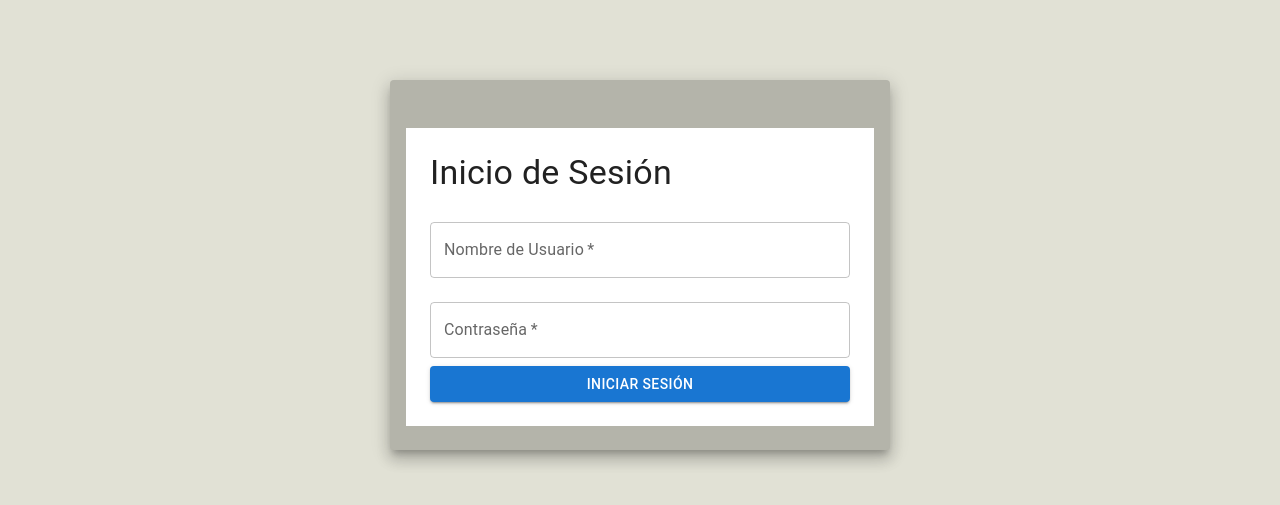
Repository: Mpablom/usuarioCaC-integrador-final-front
Page: /
These files come from the project's save history. The page is drawn as it stood at one moment and after a run of saves; the edit follows.
The browser window is 1280 px wide. The pictures show the whole page.
The project was rebuilt for these pictures with package versions that can differ from the ones it lists, and the page was loaded fresh each time. Also part of the build but not shown: vite.config.ts, src/components/UsuariosTable.tsx.

Above is the page before, as saved 2024-07-11 00:29:26.

### src/App.tsx
// App.tsx (o donde configures tus rutas)
import React from 'react';
import {
  BrowserRouter as Router,
  Route,
  Routes,
  Navigate,
} from 'react-router-dom';
import Login from './components/Login'; // Componente de inicio de sesión
import UsuariosTable from './components/UsuariosTable'; // Componente de la tabla de usuarios

const App: React.FC = () => {
  return (
    <Router>
      <Routes>
        <Route path="/login" element={<Login />} />
        <Route path="/usuarios" element={<UsuariosTable />} />
        <Route path="/" element={<Navigate to="/login" />} />
      </Routes>
    </Router>
  );
};

export default App;

### src/index.css
 :root {
  font-family: system-ui, -apple-system, BlinkMacSystemFont, 'Segoe UI', Roboto;
  line-height: 1.5;
  /* font-weight: 400; */

  color-scheme: light dark;
  color: rgba(255, 255, 255, 0.87);
  background-color: #E1E1D5;

  font-synthesis: none;
  text-rendering: optimizeLegibility;
  -webkit-font-smoothing: antialiased;
  -moz-osx-font-smoothing: grayscale;
}
Card{
  background-color: #B4B4AA;
}
/*
a {
  font-weight: 500;
  color: #646cff;
  text-decoration: inherit;
}
a:hover {
  color: #535bf2;
}

body {
  margin: 0;
  display: flex;
  place-items: center;
  min-width: 320px;
  min-height: 100vh;
}

h1 {
  font-size: 3.2em;
  line-height: 1.1;
  color: #1a1a1a;
}

button {
  border-radius: 8px;
  border: 1px solid transparent;
  padding: 0.6em 1.2em;
  font-size: 1em;
  font-weight: 500;
  font-family: inherit;
  background-color: #1a1a1a;
  cursor: pointer;
  transition: border-color 0.25s;
}
button:hover {
  border-color: #646cff;
}
button:focus,
button:focus-visible {
  outline: 4px auto -webkit-focus-ring-color;
}

@media (prefers-color-scheme: light) {
  :root {
    color: #213547;
    background-color: #ffffff;
  }
  a:hover {
    color: #747bff;
  }
  button {
    background-color: #f9f9f9;
  }
}
 */

### src/components/Login.tsx
import {
  Button,
  Card,
  CardContent,
  CardHeader,
  Container,
  TextField,
  Typography,
} from "@mui/material";
import { login } from "../axios/UsuarioApi";
import { useState } from "react";
import { useNavigate } from "react-router-dom";

const Login: React.FC = () => {
  const [username, setUsername] = useState("");
  const [password, setPassword] = useState("");
  const [error, setError] = useState("");
  const navigate = useNavigate();
  const handleLogin = async (event: React.FormEvent<HTMLFormElement>) => {
    event.preventDefault();
    setError("");
    try {
      const response = await login({ username, password });
      if (response.message === "Autenticación exitosa") {
        navigate("/usuarios");
      }
    } catch (error) {
      setError("Error al iniciar sesión");
    }
  };
  return (
    <Card
      sx={{
        maxWidth: 500,
        margin: "auto",
        boxShadow: "10",
        mt: 10,
        bgcolor: "#B4B4AA",
      }}
    >
      <CardHeader />
      <CardContent>
        <Container sx={{ bgcolor: "#FFFFFF", p: 3 }}>
          <Typography variant="h4" component="h1" gutterBottom>
            Inicio de Sesión
          </Typography>
          <form onSubmit={handleLogin}>
            <TextField
              label="Nombre de Usuario"
              variant="outlined"
              fullWidth
              margin="normal"
              value={username}
              onChange={(e) => setUsername(e.target.value)}
              required
            />
            <TextField
              label="Contraseña"
              variant="outlined"
              fullWidth
              margin="normal"
              type="password"
              value={password}
              onChange={(e) => setPassword(e.target.value)}
              required
            />
            {error && (
              <Typography color="error" variant="body2">
                {error}
              </Typography>
            )}
            <Button type="submit" variant="contained" color="primary" fullWidth>
              Iniciar Sesión
            </Button>
          </form>
        </Container>
      </CardContent>
    </Card>
  );
};

export default Login;

### src/axios/UsuarioApi.ts
import api from './Api';
import { Usuario, UsuarioLogin } from '../models/UsuarioModel';

export const getUsuarios = async (): Promise<Usuario[]> => {
  const response = await api.get('/usuarios');
  return response.data;
};

export const getUsuarioById = async (id: number): Promise<Usuario> => {
  const response = await api.get(`/usuarios/${id}`);
  return response.data;
};

export const createUsuario = async (usuario: Usuario): Promise<void> => {
  const response = await api.post('/usuarios', usuario);
  return response.data;
};

export const updateUsuario = async (id: number, usuario: Usuario): Promise<void> => {
  const response = await api.put(`/usuarios/${id}`, usuario);
  return response.data;
};

export const deleteUsuario = async (id: number): Promise<void> => {
  const response = await api.delete(`/usuarios/${id}`);
  return response.data;
};

export const restoreUsuario = async (id: number): Promise<void> => {
  const response = await api.patch(`/usuarios/${id}`);
  return response.data;
};
export const login = async (usuarioLogin: UsuarioLogin): Promise<Usuario> => {
    try {
        const response = await api.post(`/usuarios/login`, usuarioLogin);
        return response.data as Usuario; // Asegúrate de que response.data sea del tipo Usuario
    } catch (error) {
        if (error instanceof Error) {
            throw new Error(`Error al iniciar sesión: ${error.message}`);
        } else {
            throw new Error(`Error al iniciar sesión: Error desconocido`);
        }
    }
  }

### src/axios/api.ts
import axios from 'axios';

const api = axios.create({
  baseURL: 'http://localhost:8080',
  headers: {
    'Content-Type': 'application/json',
  },
});

export default api;

Loaded but not shown: index.html (common file); src/main.tsx (common file)

After the next 2 saves:
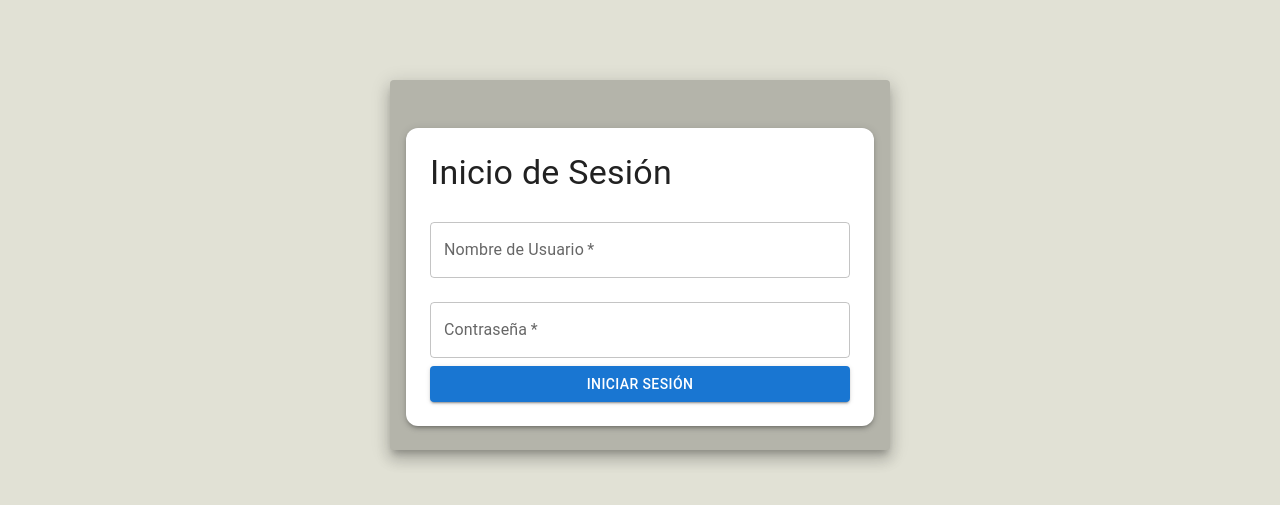
The 2 saves are shown as one change because they came seconds apart.
The last was saved 21 s later.
--- a/src/components/Login.tsx
+++ b/src/components/Login.tsx
@@ -40,7 +40,7 @@ const Login: React.FC = () => {
     >
       <CardHeader />
       <CardContent>
-        <Container sx={{ bgcolor: "#FFFFFF", p: 3 }}>
+        <Container sx={{ bgcolor: "#FFFFFF", p: 3, boxShadow: 3, borderRadius: 3 }}>
           <Typography variant="h4" component="h1" gutterBottom>
             Inicio de Sesión
           </Typography>
